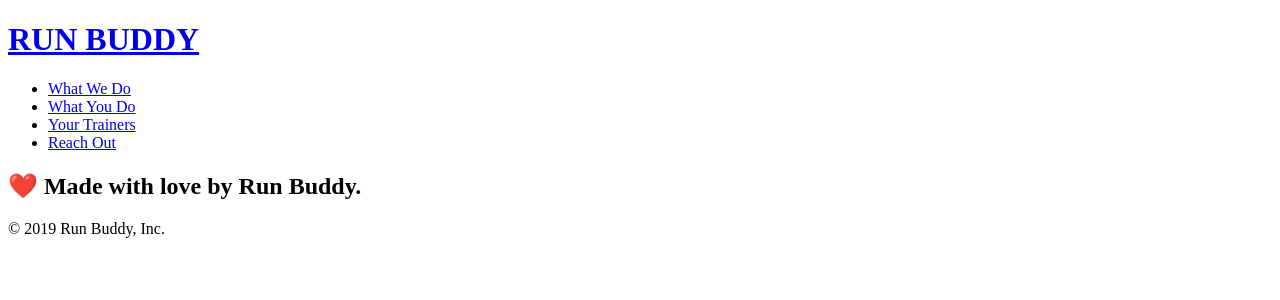
Repository: symlara/run-buddy
Page: privacy-policy.html
The author's editor kept a copy of each file at every save. The page is drawn from the files as they stood at one save, then again after a run of saves.
The browser window is 1280 px wide. The pictures show the whole page.

Above is the page before, as saved 2020-12-10 21:29:27.

After the next 3 saves:
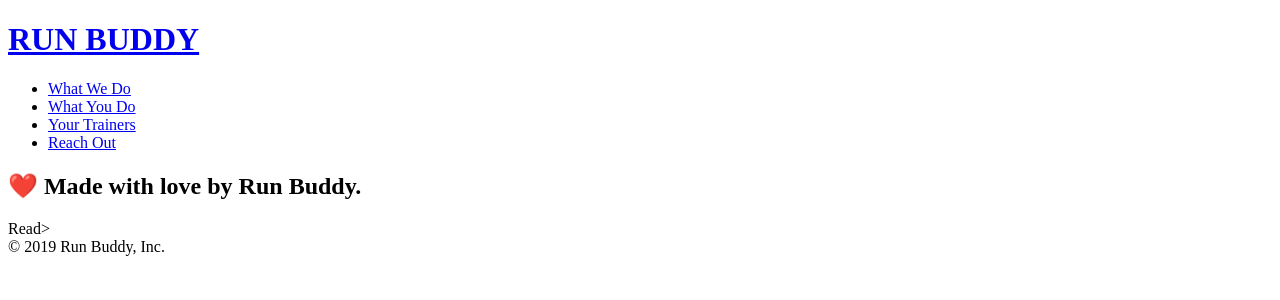
The 3 saves are shown as one change because they came seconds apart.
The last was saved 8 s later.
--- a/privacy-policy.html
+++ b/privacy-policy.html
@@ -42,7 +42,7 @@
       <footer>
         <h2>❤️ Made with love by Run Buddy.</h2>
         <div>
-          <aRead Our Privacy Policy<br />
+          <aRead Our Privacy Policy</a></aRead>Read><br />
           &copy; 2019 Run Buddy, Inc.
         </div>
       </footer>
